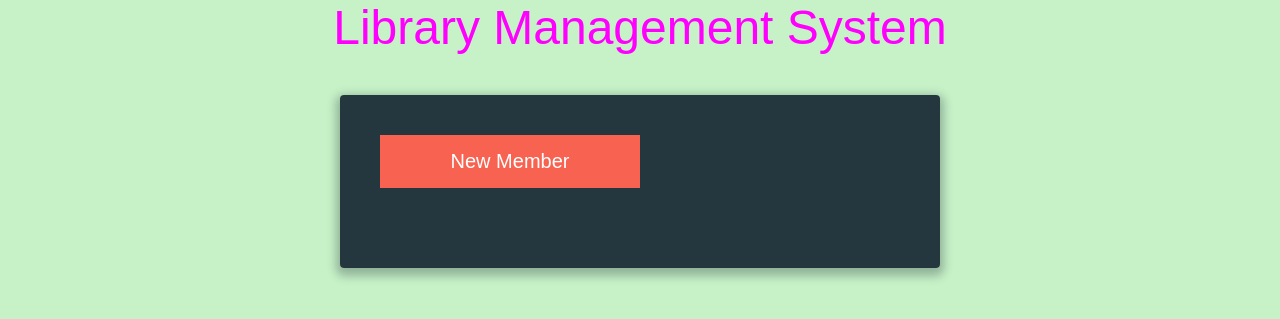
Repository: sudhanshuptl/LMS
Page: http://localhost/LMSWeb/add_book.jsp
The author's editor kept a copy of each file at every save. The page is drawn from the files as they stood at one save, then again after the next save.
The browser window is 1280 px wide. The pictures show the whole page.
Some web fonts or font styles are not loaded; a fallback is used. Some web libraries are served in a nearby version. The page is served by Tomcat 9.

Above is the page before, as saved 2016-11-23 17:56:30.

After the next save:
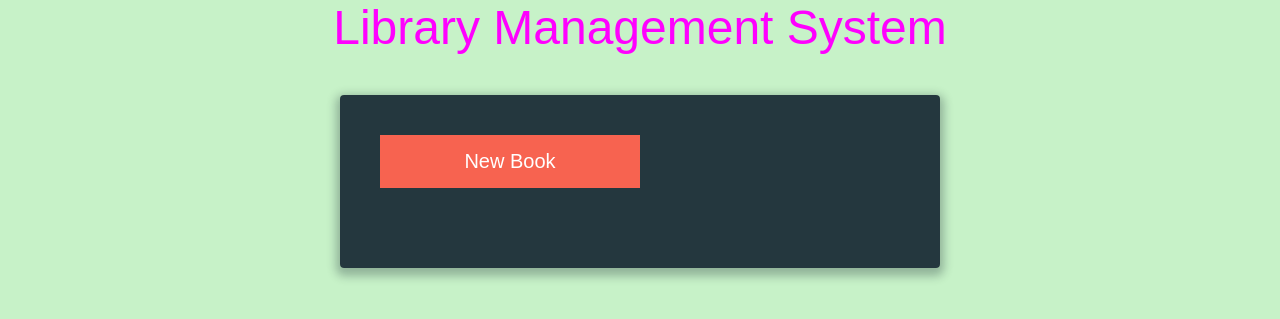
Saved 98 s later.
--- a/LMSWeb/WebContent/add_book.jsp
+++ b/LMSWeb/WebContent/add_book.jsp
@@ -26,17 +26,17 @@
 	<div class="form">
 
 		<ul class="tab-group">
-			<li class="tab active"><a href="#signup">New Member</a></li>
+			<li class="tab active"><a href="#signup">New Book</a></li>
 		</ul>
 
 		<div class="tab-content">
 			<div id="signup">
 
-				<form action="add_user.jsp" method="post">
+				<form action="add_book.jsp" method="post">
 
 					<div class="field-wrap">
-						<label> Name<span class="req" name="name">*</span>
-						</label> <input type="text" name="userName" required autocomplete="off" />
+						<label>Book Name<span class="req" name="name">*</span>
+						</label> <input type="text" name="bookName" required autocomplete="off" />
 					</div>
 
 					<div class="field-wrap">
